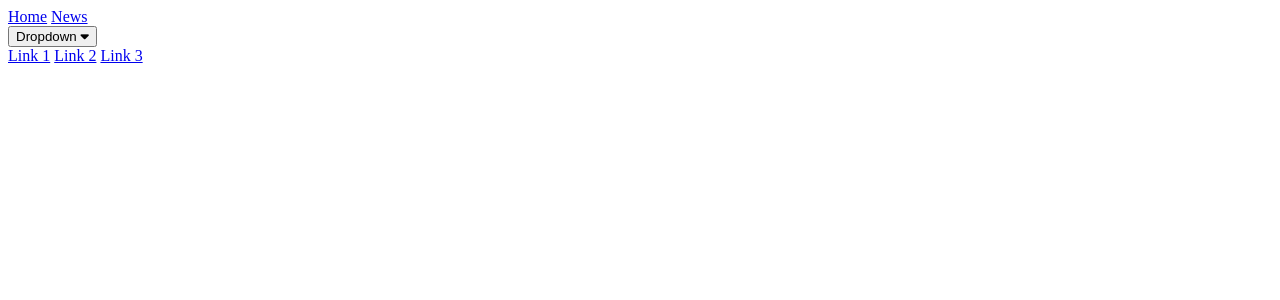
Repository: thecptwaffles/cfp-Website
Page: index.html
The author's editor kept a copy of each file at every save. The page is drawn from the files as they stood at one save, then again after the next save.
The browser window is 1280 px wide. The pictures show the whole page.
Some web libraries are served in a nearby version.

Above is the page before, as saved 2022-07-02 10:24:26.

After the next save:
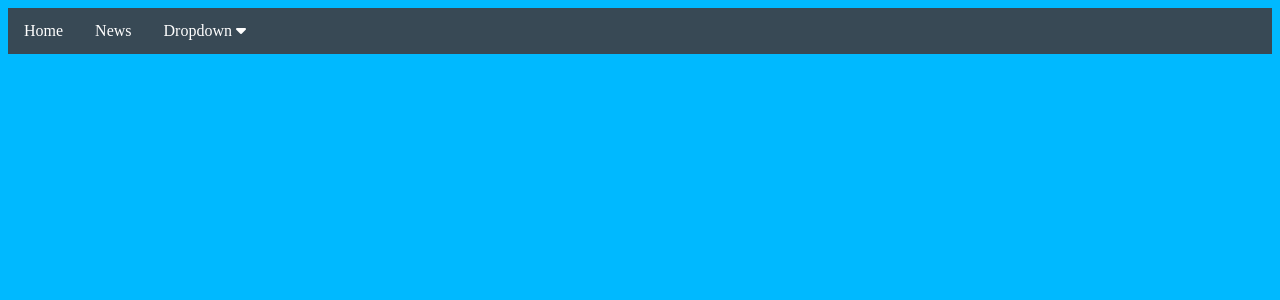
Saved 11 min 46 s later.
--- a/style.css
+++ b/style.css
@@ -3,4 +3,84 @@
     --secClr: #384955;
     --tercClr: #dda25a;
     --accentClr: #a26e29;
+    --primFont: ;
+    --secFont: ;
 }
+
+body {
+    background-color: var(--primClr);
+}
+
+
+/* Navbar container */
+.navbar {
+    overflow: hidden;
+    background-color: var(--secClr);
+    font-family: var(--primFont);
+}
+
+/* Links inside the navbar */
+.navbar a {
+    float: left;
+    font-size: 16px;
+    color: white;
+    text-align: center;
+    padding: 14px 16px;
+    text-decoration: none;
+}
+
+/* The dropdown container */
+.dropdown {
+    float: left;
+    overflow: hidden;
+}
+
+/* Dropdown button */
+.dropdown .dropbtn {
+    font-size: 16px;
+    border: none;
+    outline: none;
+    color: white;
+    padding: 14px 16px;
+    background-color: inherit;
+    font-family: inherit;
+    /* Important for vertical align on mobile phones */
+    margin: 0;
+    /* Important for vertical align on mobile phones */
+}
+
+/* Add a red background color to navbar links on hover */
+.navbar a:hover,
+.dropdown:hover .dropbtn {
+    background-color: red;
+}
+
+/* Dropdown content (hidden by default) */
+.dropdown-content {
+    display: none;
+    position: absolute;
+    background-color: #f9f9f9;
+    min-width: 160px;
+    box-shadow: 0px 8px 16px 0px rgba(0, 0, 0, 0.2);
+    z-index: 1;
+}
+
+/* Links inside the dropdown */
+.dropdown-content a {
+    float: none;
+    color: black;
+    padding: 12px 16px;
+    text-decoration: none;
+    display: block;
+    text-align: left;
+}
+
+/* Add a grey background color to dropdown links on hover */
+.dropdown-content a:hover {
+    background-color: #ddd;
+}
+
+/* Show the dropdown menu on hover */
+.dropdown:hover .dropdown-content {
+    display: block;
+}
